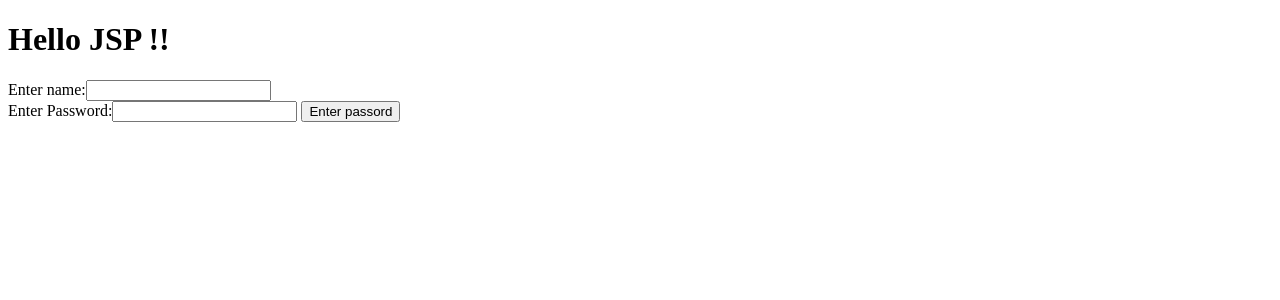
Repository: chandu3015/springBasicWorkSpace
Page: http://localhost/first-web-app/
An editor plug-in stored every save of this project. The page is shown before and after the next save, followed by the edit.
The browser window is 1280 px wide. The pictures show the whole page.
The page is served by Tomcat 9.

Above is the page before, as saved 2019-01-22 01:11:38.

After the next save:
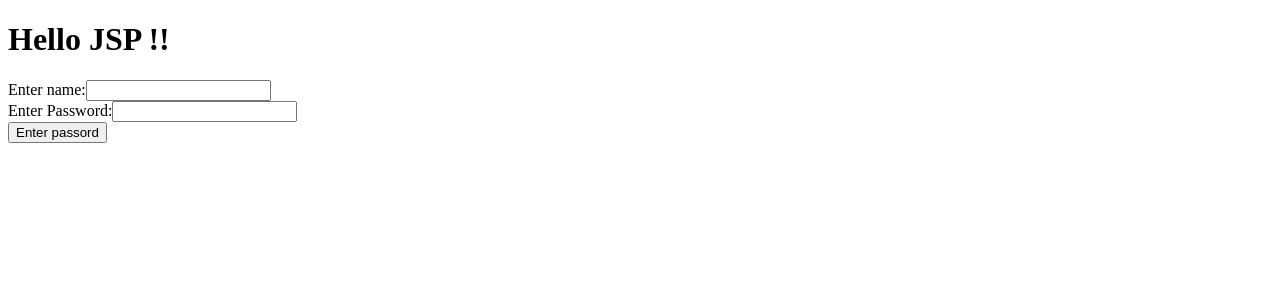
Saved 16 s later.
--- a/first-web-app/src/main/webapp/WEB-INF/views/login.jsp
+++ b/first-web-app/src/main/webapp/WEB-INF/views/login.jsp
@@ -11,7 +11,7 @@
 
 <form name ="loginForm" action="/login.do" method="post">
 Enter name:<input type="text" name="name" /> <br/>
-Enter Password:<input type="password" name="password" />
+Enter Password:<input type="password" name="password" /><br/>
 <button type="submit" value="submit">Enter passord</button>
 </form>
 </body>
